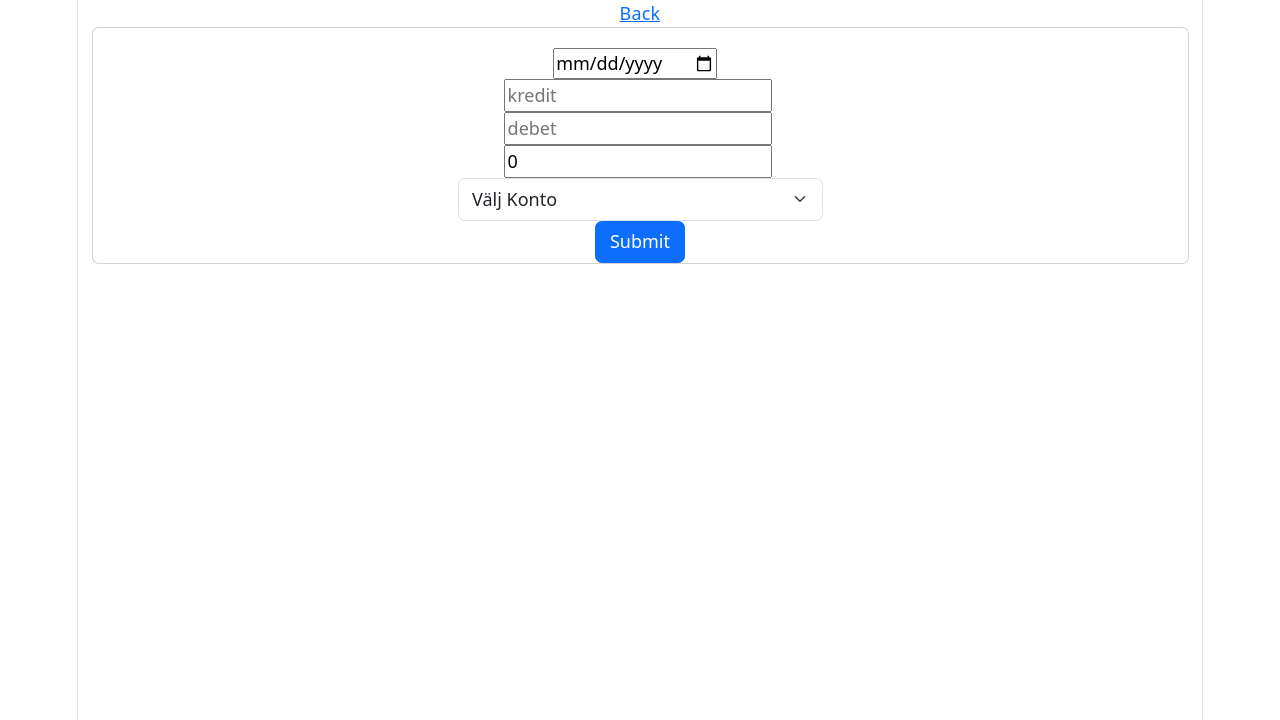
Repository: supply24/kidsaccount
Page: /action
An editor plug-in stored every save of this project. The page is shown before and after the next save, followed by the edit.
The browser window is 1280 px wide. The pictures show the whole page.
The page's requests for data from a server got no answer. The project was rebuilt for these pictures with package versions that can differ from the ones it lists, and the page was loaded fresh each time. No one was signed in, and anything a server would have sent is missing. Also part of the build but not shown: vite.config.js, src/App.css, src/App.jsx, src/Homing.jsx, src/Emilia.jsx, src/Alexander.jsx.

Above is the page before, as saved 2026-08-01 05:34:43.

### index.html
<!doctype html>
<html lang="en">
  <head>
    <meta charset="UTF-8" />
    <link rel="icon" type="image/svg+xml" href="/favicon.svg" />
    <meta name="viewport" content="width=device-width, initial-scale=1.0" />
    <title>accounter</title>
    <link
  rel="stylesheet"
  href="https://cdn.jsdelivr.net/npm/bootstrap@5.3.5/dist/css/bootstrap.min.css"
  integrity="sha384-SgOJa3DmI69IUzQ2PVdRZhwQ+dy64/BUtbMJw1MZ8t5HZApcHrRKUc4W0kG879m7"
  crossorigin="anonymous"
/>
  </head>
  <body>
    <div id="root"></div>
    <script type="module" src="/src/main.jsx"></script>
  </body>
</html>

### src/main.jsx
import { StrictMode } from 'react'
import { createRoot } from 'react-dom/client'
import { createBrowserRouter, RouterProvider } from 'react-router-dom'
import './index.css'
import App from './App.jsx'
import Homing from "./Homing.jsx"
import Actions from "./Actions.jsx"
import Emilia from "./Emilia.jsx"
import Alexander from "./Alexander.jsx"

const router = createBrowserRouter ([
{path:"/",
  element:<Homing/>
}  ,
{path:"/action",
  element:<Actions/>
},
{path:"/emlia",
  element:<Emilia/>
},
{path:"/alex",
  element:<Alexander/>
}
])

createRoot(document.getElementById('root')).render(
  <StrictMode>
    <RouterProvider router={router}/>
  </StrictMode>,
)

### src/index.css
:root {
  --text: #6b6375;
  --text-h: #08060d;
  --bg: #fff;
  --border: #e5e4e7;
  --code-bg: #f4f3ec;
  --accent: #aa3bff;
  --accent-bg: rgba(170, 59, 255, 0.1);
  --accent-border: rgba(170, 59, 255, 0.5);
  --social-bg: rgba(244, 243, 236, 0.5);
  --shadow:
    rgba(0, 0, 0, 0.1) 0 10px 15px -3px, rgba(0, 0, 0, 0.05) 0 4px 6px -2px;

  --sans: system-ui, 'Segoe UI', Roboto, sans-serif;
  --heading: system-ui, 'Segoe UI', Roboto, sans-serif;
  --mono: ui-monospace, Consolas, monospace;

  font: 18px/145% var(--sans);
  letter-spacing: 0.18px;
  color-scheme: light dark;
  color: var(--text);
  background: var(--bg);
  font-synthesis: none;
  text-rendering: optimizeLegibility;
  -webkit-font-smoothing: antialiased;
  -moz-osx-font-smoothing: grayscale;

  @media (max-width: 1024px) {
    font-size: 16px;
  }
}

@media (prefers-color-scheme: dark) {
  :root {
    --text: #9ca3af;
    --text-h: #f3f4f6;
    --bg: #16171d;
    --border: #2e303a;
    --code-bg: #1f2028;
    --accent: #c084fc;
    --accent-bg: rgba(192, 132, 252, 0.15);
    --accent-border: rgba(192, 132, 252, 0.5);
    --social-bg: rgba(47, 48, 58, 0.5);
    --shadow:
      rgba(0, 0, 0, 0.4) 0 10px 15px -3px, rgba(0, 0, 0, 0.25) 0 4px 6px -2px;
  }

  #social .button-icon {
    filter: invert(1) brightness(2);
  }
}

body {
  margin: 0;
}

#root {
  width: 1126px;
  max-width: 100%;
  margin: 0 auto;
  text-align: center;
  border-inline: 1px solid var(--border);
  min-height: 100svh;
  display: flex;
  flex-direction: column;
  box-sizing: border-box;
}

h1,
h2 {
  font-family: var(--heading);
  font-weight: 500;
  color: var(--text-h);
}

h1 {
  font-size: 56px;
  letter-spacing: -1.68px;
  margin: 32px 0;
  @media (max-width: 1024px) {
    font-size: 36px;
    margin: 20px 0;
  }
}
h2 {
  font-size: 24px;
  line-height: 118%;
  letter-spacing: -0.24px;
  margin: 0 0 8px;
  @media (max-width: 1024px) {
    font-size: 20px;
  }
}
p {
  margin: 0;
}

code,
.counter {
  font-family: var(--mono);
  display: inline-flex;
  border-radius: 4px;
  color: var(--text-h);
}

code {
  font-size: 15px;
  line-height: 135%;
  padding: 4px 8px;
  background: var(--code-bg);
}

### src/Actions.jsx
import React, {useEffect, useState} from 'react'
import {Col, Row, Button, Form, Container, Card} from "react-bootstrap"
import { createClient } from "@supabase/supabase-js"
import {supabase} from "./data/Export/Supabase.jsx"
import number from "./data/Export/Numbers.jsx"
import {Link} from "react-router-dom"

const Actions = () => {
  const [konto, setKonto]=useState("")
  const [numbers, setNumbers]=useState("")
  const [datetime, setDatetime]=useState("")
  const [kredit, setKredit]=useState("")
  const [debet, setDebet]=useState("")
  const [kontox, setKontox]=useState("")
  const [accounter, setAccounter]=useState("")
  const [ setSumx ]=useState("")

  const handleNumbers =(e)=>{
    setNumbers(e.target.value)
  }

  const handleDatetime=(e)=>{
    setDatetime(e.target.value)
      }

      const handleKredit = (e)=>{
        setKredit(e.target.value)
      }
      const handleDebet = (e)=>{
        setDebet(e.target.value)
      }

      const handleKontox = (e)=>{
        setKontox(e.target.value)
      }
      const handleSumx = (e)=>{
        setSumx(e.target.value)
      }

            const sumx = (debet) - (kredit)

      const payload= [{
    konto :{ kredit, debet, kontox, sumx}, datetime
               }]
      const handleSubmit=async(e)=>{
        e.preventDefault()
          const {data, error} = await supabase.from("Accounting").insert(payload);
          if(error)
            console.error("error yes", error)
            else{
              console.error("konto info", data)
      }}

      useEffect(()=>{
        getCounts()
      },[]
      )

      async function getCounts(){
        const {data, error} = await supabase.from("Accounting").select("*")
        setAccounter(data)
        console.log("konton hämtade", data ? data: "no fetch")
      }




  return (
    <div>
      <Link to="/">Back</Link>

        <Container>



          <Card>
            <Form onSubmit={handleSubmit}>
              <Col md={4} className="mx-auto" style={{marginTop:"20px"}}>
<input type="date" value={datetime} onChange={handleDatetime} />&nbsp;&nbsp;
<input type="number" value={kredit} onChange={handleKredit} placeholder='kredit'/>&nbsp;
<input type="number" value={debet} onChange={handleDebet} placeholder='debet'/>&nbsp;
<input type="number" value={sumx} onChange={handleSumx} placeholder='sumx'/>&nbsp;

        <Form.Group>
          <Form.Select
          type="dropdown"
          onChange={(e)=>setKontox(e.target.value)}>
            <option value={kontox}>Välj Konto</option>
            {number.map((account)=>(
              <option key={account.id}>{account.kontox}</option>
            ))}
</Form.Select>
        </Form.Group>



        <Button type="submit">Submit</Button></Col>

         </Form> </Card></Container>  </div>
  )
}

export default Actions

### src/data/Export/Supabase.jsx
import React from "react";
import {createClient} from '@supabase/supabase-js'

/*
const supabaseUrl = 'https://rfzavnmxfanengjuapns.supabase.co'
//const supabaseKey = process.env.SUPABASE_KEY
const supabaseKey= "eyJhbGciOiJIUzI1NiIsInR5cCI6IkpXVCJ9.eyJpc3MiOiJzdXBhYmFzZSIsInJlZiI6InJmemF2bm14ZmFuZW5nanVhcG5zIiwicm9sZSI6ImFub24iLCJpYXQiOjE3ODQ3NzUzMzMsImV4cCI6MjEwMDM1MTMzM30.uY-HxfNB9RcQpFpu75w03NXVAMYMurzfTEnpVtIfYG8"
const supabase = createClient(supabaseUrl, supabaseKey)
*/

export const supabase = createClient(
    import.meta.env.VITE_SUPABASE_URL,
    import.meta.env.VITE_SUPABASE_PUBLISHABLE_DEFAULT_KEY
)

### src/data/Export/Numbers.jsx
const number = [
    {id:"101", kontox:"128", debet:"", kredit:""},
    {id:"201", kontox:"199",  debet:"", kredit:""},
       {id:"301", kontox:"112",  debet:"", kredit:""},
           {id:"501", kontox:"562",  debet:"", kredit:""}
]

export default number

After the next save:
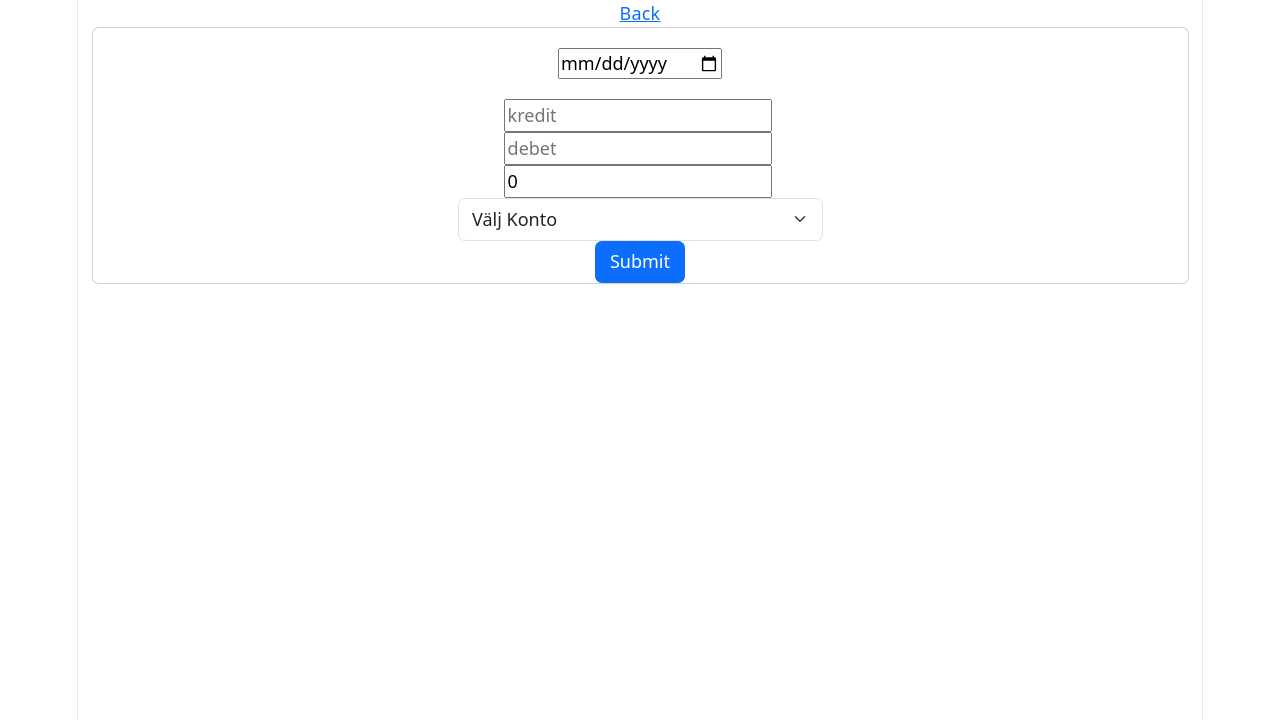
Saved 74 s later.
--- a/src/Actions.jsx
+++ b/src/Actions.jsx
@@ -62,6 +62,10 @@ const Actions = () => {
         console.log("konton hämtade", data ? data: "no fetch")
       }
 
+      function Break () {
+        return (
+          <div style={{marginTop:"20px"}}></div>)
+      }
 
 
 
@@ -76,7 +80,7 @@ const Actions = () => {
           <Card>
             <Form onSubmit={handleSubmit}>
               <Col md={4} className="mx-auto" style={{marginTop:"20px"}}>
-<input type="date" value={datetime} onChange={handleDatetime} />&nbsp;&nbsp;
+<input type="date" value={datetime} onChange={handleDatetime} /><Break/>
 <input type="number" value={kredit} onChange={handleKredit} placeholder='kredit'/>&nbsp;
 <input type="number" value={debet} onChange={handleDebet} placeholder='debet'/>&nbsp;
 <input type="number" value={sumx} onChange={handleSumx} placeholder='sumx'/>&nbsp;
